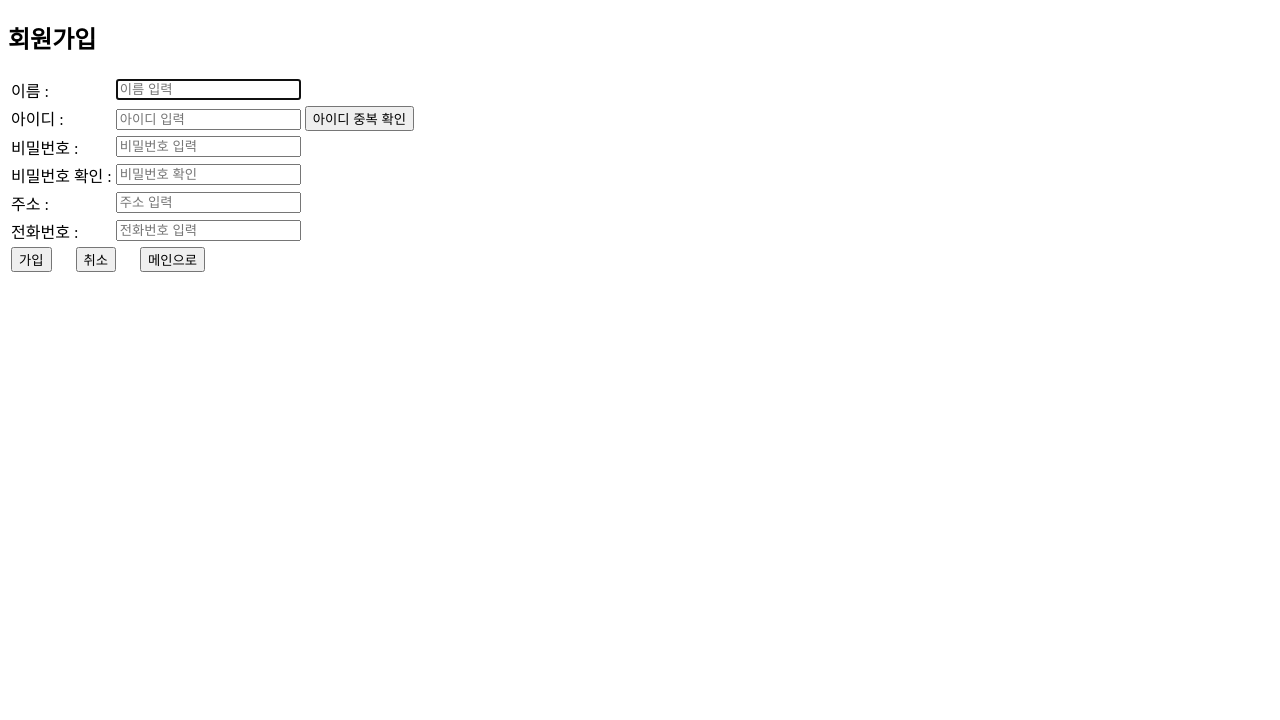
Repository: skdltm12/jsp1
Page: http://localhost/web01/join.jsp
An editor plug-in stored every save of this project. The page is shown before and after the next save, followed by the edit.
The browser window is 1280 px wide. The pictures show the whole page.
The page is served by Tomcat 9.

Above is the page before, as saved 2022-04-29 01:10:15.

### web01/src/main/webapp/join.jsp
<%@ page language="java" contentType="text/html; charset=UTF-8"
    pageEncoding="UTF-8"%>
<%@ page import="java.sql.*" %>
<!DOCTYPE html>
<html>
<head>
<meta charset="UTF-8">
<title>회원 가입 폼</title>
</head>

<body>
<div>
	<h2>회원가입</h2>
	<form action="joinPro.jsp" method="post" name="joinform" onsubmit="return joincheck(this)">
		<table>
			<tbody>
			<tr>
				<td>이름 : </td>
				<td><input type="text" id="name" name="name" placeholder="이름 입력" autofocus required></td>
			</tr>
			<tr>
				<td>아이디 : </td>
				<td>
					<input type="text" id="uid" name="uid" placeholder="아이디 입력" value="" required>
					<input type="hidden" id="idck" name="idck" value="">
					<input type="button" onclick="idCheck()" value="아이디 중복 확인">
				</td>
			</tr>
			<tr>
				<td>비밀번호 : </td>
				<td><input type="password" id="upw" name="upw" placeholder="비밀번호 입력" value="" required></td>
			</tr>
			<tr>
				<td>비밀번호 확인 : </td>
				<td><input type="password" id="upw2" name="upw2" placeholder="비밀번호 확인" value="" required></td>
			</tr>
			<tr>
				<td>주소 : </td>
				<td><input type="text" name="address" placeholder="주소 입력"></td>
			</tr>
			<tr>
				<td>전화번호 : </td>
				<td><input type="text" name="phone" placeholder="전화번호 입력"></td>
			</tr>
			<tr>
				<td colspan="2">
					<input type="submit" value="가입">&nbsp; &nbsp; &nbsp;
					<input type="reset" value="취소">&nbsp; &nbsp; &nbsp;
					<button onclick="location.href='index.jsp'">메인으로</button>
				</td>
			</tr>
		</tbody>
		</table>
		<script>
		function idCheck(){
			window.open('pop.jsp','아이디 중복 확인','width=500,height=500');
		}
		function joincheck(f){
			if(f.idck.value!="yes"){
				alert("아이디 중복 확인을 해야합니다.");
				return false;
			}
			if(f.upw.value!=f.upw2.value){
				alert("비밀번호 확인이 일치하지 않습니다." );
				return false;
			}
		}
		</script>
	</form>
</div>
</body>
</html>

### web01/src/main/webapp/nav.jsp
<%@ page language="java" contentType="text/html; charset=UTF-8"
    pageEncoding="UTF-8"%>
<!DOCTYPE html>

<%
String[] dp1 = {"회사소개","제품소개","보유설비","고객지원"};
String[][] dp2 = {{"인사말","연혁","보유인증","오시는 길"},
		{"표면처리","Door","Wall","천정판"},
		{"판금설비","표면처리설비","공정도"},
		{"공지사항","영업문의"}};
String[][] lnk = {{"intro/sub01/01_01.jsp","intro/sub01/02_01.jsp","intro/sub01/04_01.jsp","intro/sub01/07_01.jsp"},
		{"sub02/01_01.jsp","sub02/02_01.jsp","sub02/03_01.jsp","sub02/04_01.jsp"},
		{"sub03/01_01.jsp","sub03/02_01.jsp","sub03/03_01.jsp"},
		{"sub04/01_01.jsp","sub04/02_01.jsp"}};
%>
<a href="index.jsp"><img src="./img/logo.jpg" alt="로고"></a>
<nav id="gnb">
<ul >
<%
	for(int i=0;i<dp1.length;i++){
%>
<li >
	<span class="dp1"><%=dp1[i] %></span>
	<ul class="sub">
<%
		for(int j=0;j<dp2[i].length;j++){
%>
	<li><a class="dp2" href="<%=lnk[i][j] %>"><%=dp2[i][j] %></a></li>
<%
		}
%>
	</ul>
</li>
<%
	}
%>
</ul>
</nav>
                <p id="tnb">
                <%
                String sid = (String)session.getAttribute("uid");
                String sname = (String)session.getAttribute("name");
                if(sid==null){
                %>
               <a href="login.jsp">로그인</a>
               <a href="">손님</a>
               <a href="agree.jsp">회원가입</a>
                <%
                }else if (!sid.equals("admin")){
                %>
                <a href="logout.jsp">로그아웃</a>
                <a href="mypage.jsp"><%=sname %></a>
                <a href="">오시는 길</a>
                <%
                }else{
                %>
                    <a href="board1.jsp">게시판관리</a>
                    <a href="memberList.jsp">회원목록</a>
                    <a href="">오시는 길</a>
                    <a href="logout.jsp">로그아웃</a>
                    <a href="mypage.jsp"><%=sname %></a>
					<span id="msg_a"></span>
					<%
                }
					%>

</p>
<script>
	//주소 입력줄로 받은 msg를 받아 출력하는 부분임
	var url = location.href;  //url입력줄의 메시지를 포함한 주소를 저장
	var pos = url.indexOf("?msg=");
	var msg = url.substr(pos+5); //메시지만 추출
	//msg_a.innerHTML = decodeURI(msg);
	if(pos>0) {
		if(msg!=""){
			alert(msg);
			var msg_a = document.getElementById("msg_a"); //해당 msg_a 아이디 요소 선택
			msg_a.innerHTML = msg;
		}
	}

</script>

After the next save:
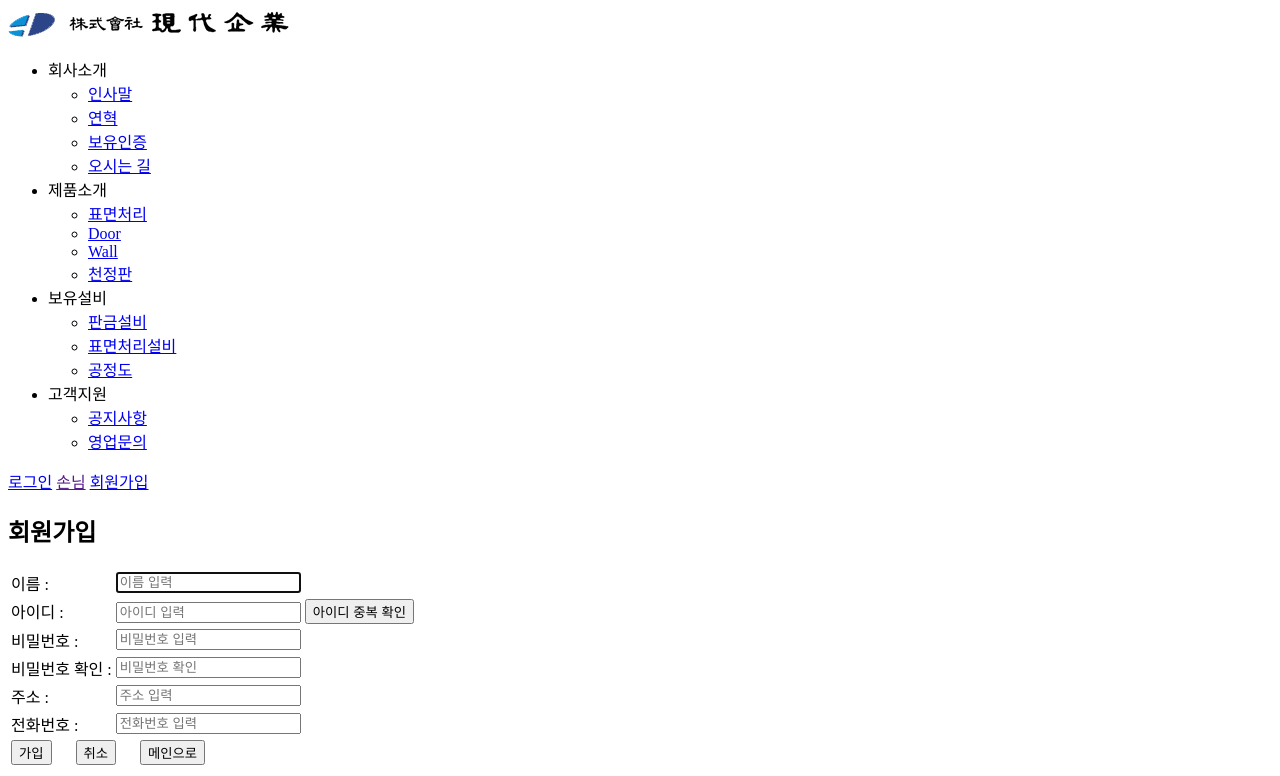
Saved 101 min 14 s later.
--- a/web01/src/main/webapp/join.jsp
+++ b/web01/src/main/webapp/join.jsp
@@ -9,6 +9,11 @@
 </head>
 
 <body>
+<header id="hd">
+	<div class="hd_wrap">
+	<%@ include file="nav.jsp" %>
+	</div>
+</header>
 <div>
 	<h2>회원가입</h2>
 	<form action="joinPro.jsp" method="post" name="joinform" onsubmit="return joincheck(this)">
